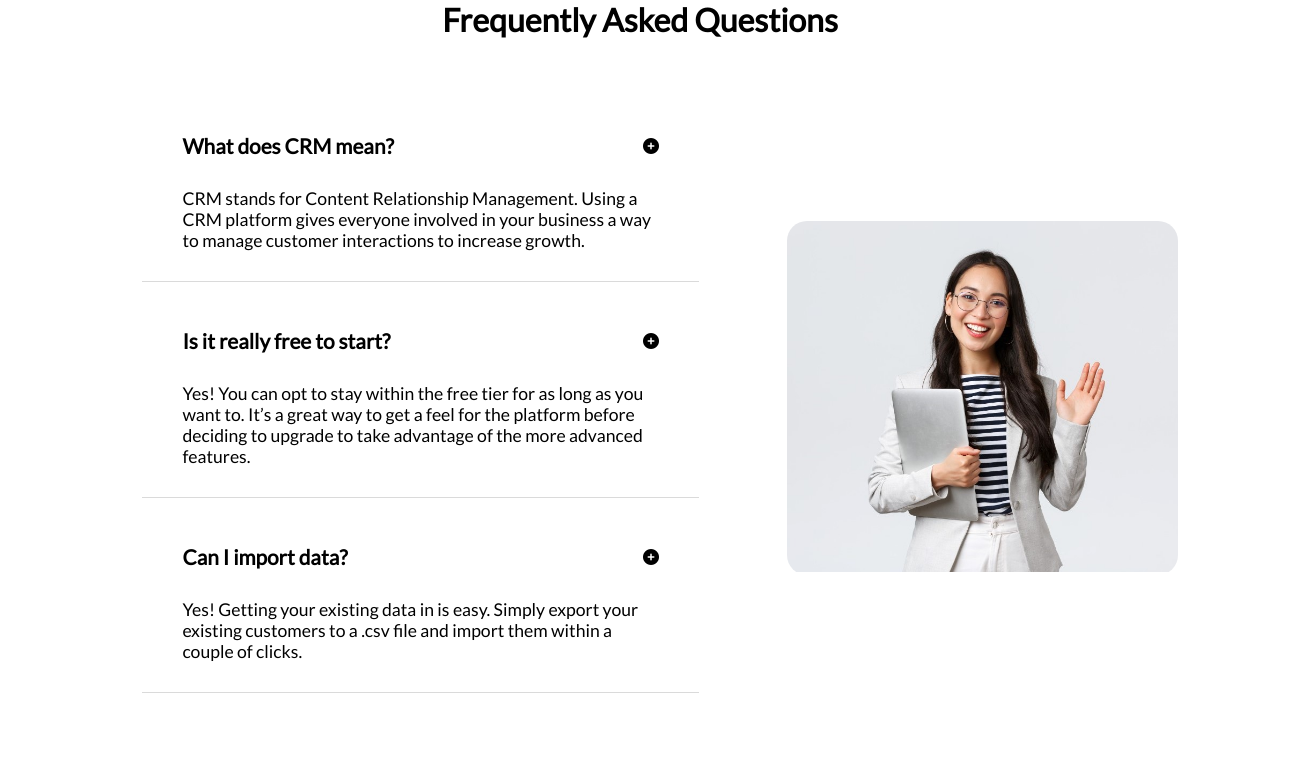
Repository: emiliaiwu/faq_component
Page: index.html
These files come from the project's save history. The page is drawn as it stood at one moment and after a run of saves; the edit follows.
The browser window is 1280 px wide. The page is 1280 px wide, then 1297 px, so the pictures cover 1297 px, including what lies to the right of the window. The pictures show the whole page.
Some web libraries are served in a nearby version.

Above is the page before, as saved 2022-12-13 16:14:33.

### index.html
<!DOCTYPE html>
<html lang="en">
<head>
    <meta charset="UTF-8">
    <meta http-equiv="X-UA-Compatible" content="IE=edge">
    <meta name="viewport" content="width=device-width, initial-scale=1.0">
    <link rel="stylesheet" href="style.css">
    <script src="https://kit.fontawesome.com/fd9c36575f.js" crossorigin="anonymous"></script>
    <title>FAQ Component</title>
</head>
<body>
        <h2>Frequently Asked Questions</h2>
        <article class="faq_component">
            <div class="faq_container">
                <div class="faq_content active">
                    <div class="faq_header">
                        <h3>What does CRM mean?</h3>
                        <i class="fa-solid fa-circle-plus"></i>
                    </div>
                    <div class="content_wrap">
                        <p class="content hidden">
                            CRM stands for Content Relationship Management. Using a CRM platform gives everyone involved in your business a way to manage customer interactions to increase growth.
                        </p>
                    </div>
                </div>

                <div class="faq_content">
                    <div class="faq_header">
                        <h3>Is it really free to start?</h3>
                        <i class="fa-solid fa-circle-plus"></i>
                    </div>
                    <div class="content_wrap">
                        <p class="content hidden">
                            Yes! You can opt to stay within the free tier for as long as you want to. It’s a great way to get a feel for the platform before deciding to upgrade to take advantage of the more advanced features.
                        </p>
                    </div>
                </div>

                <div class="faq_content">
                    <div class="faq_header">
                        <h3>Can I import data?</h3>
                        <i class="fa-solid fa-circle-plus"></i>
                    </div>
                    <div class="content_wrap">
                         <p class="content hidden">
                            Yes! Getting your existing data in is easy. Simply export your existing customers to a .csv file and import them within a couple of clicks.
                        </p>
                    </div>
                </div>
            </div>
            <div class="faq_image">
                <img src="img/meeting.jpg" alt="">
            </div>
        </article>
 <script src="script.js"></script>
</body>
</html>

### style.css
@import url('https://fonts.googleapis.com/css2?family=Lato:wght@300;400&display=swap');

* {
    margin: 0;
    padding: 0;
    box-sizing: border-box;
}

body {
    font-family: 'Lato', sans-serif;
    max-width: 100vw;
    min-height: 100vh;
    flex-direction: column;

}

body,
.faq_component,
.faq_container {
    display: flex;
    align-items: center;
    justify-content: center;

}


/* TYPOGRAPHY */
h2 {
    text-align: center;
    font-size: 2rem;
    font-family: inherit;

}

h3 {
    font-size: 1.3rem;
    font-family: inherit;
}

p {
    font-size: 1.1rem;
    font-family: inherit;
    height: 100%;
}



/* MAIN BODY */
.faq_component {
    margin: 4rem 8vw;
    gap: 3rem;
}

.faq_image {
    width: 100%;
    /* width: 100%; */
    border-radius: 20px;
    overflow: hidden;
}

img {
    width: 100%;
    height: auto;
}

.faq_container {
    padding: 0 40px;
    flex-direction: column;
    gap: 1rem;
}

.faq_header {
    display: flex;
    align-items: center;
    justify-content: space-between;
    padding: 30px 0px 30px 0;
}

.faq_content {
    padding: 0 40px;
    border-bottom: 1px solid rgba(0, 0, 0, 0.146);
}






.content_wrap {
    max-height: 150px;
    padding: 0 0 30px;
}





@media only screen and (max-width: 1000px) {
    .faq_component {
        flex-direction: column;
        margin: 4rem 8vw;
    }

    h2 {
        margin-top: 3rem;
    }

    .faq_container {
        padding: 0;
    }

    .content_wrap {
    max-height: 300px;
    padding: 0 0 30px;
    }
}

### script.js
'use strict';
const faqHeader = document.querySelectorAll('.faq_header');
const faqContent = document.querySelectorAll('.faq_content');
const content = document.querySelector('.content');



faqContent.forEach((faq) => {
    faq.addEventListener('click', function () {
        // deselect();
        faq.classList.toggle('active');

    });
})


// const deselect = () => {
//     faqHeader.forEach((faq) => {
//         faqContent.classList.remove('active');
// 		content.classList.add('hidden');
// 		faq.classList.remove('open');
//     })
// }

After the next 3 saves:
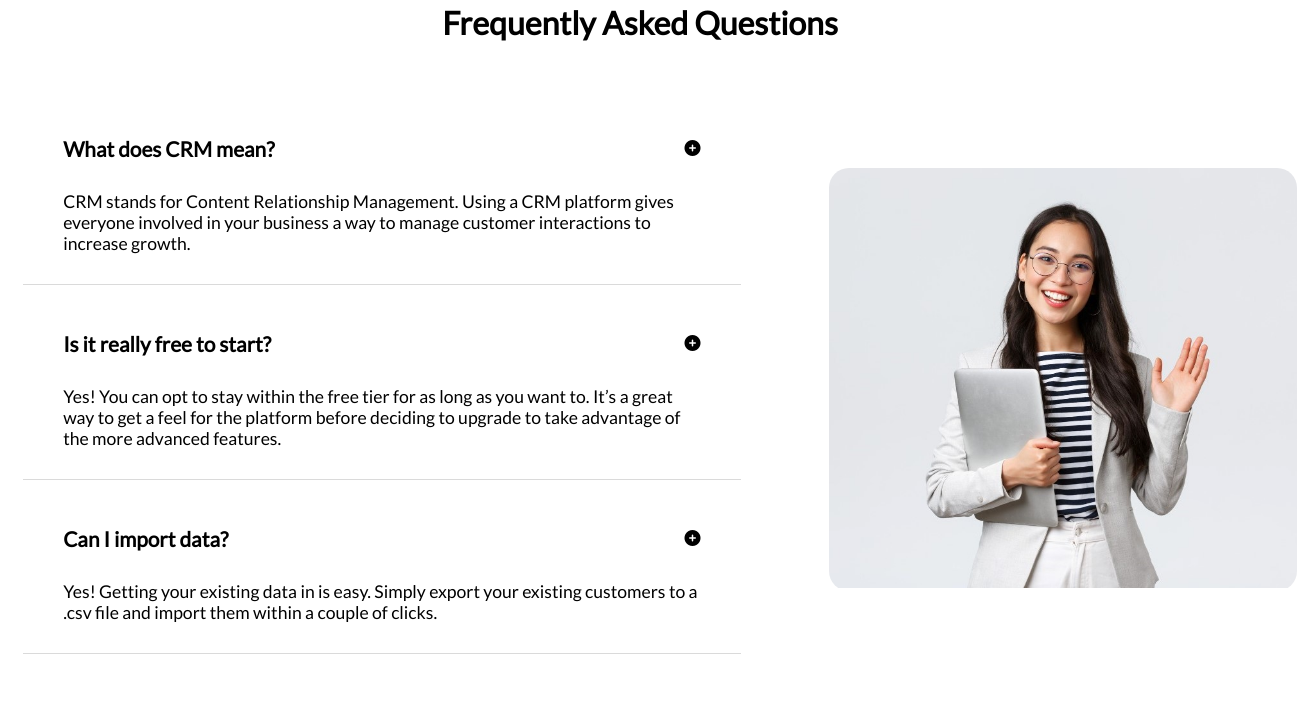
The 3 saves are shown as one change because they came seconds apart.
The last was saved 16 s later.
--- a/style.css
+++ b/style.css
@@ -52,8 +52,7 @@ p {
 }
 
 .faq_image {
-    width: 100%;
-    /* width: 100%; */
+    width: 1000px;
     border-radius: 20px;
     overflow: hidden;
 }
